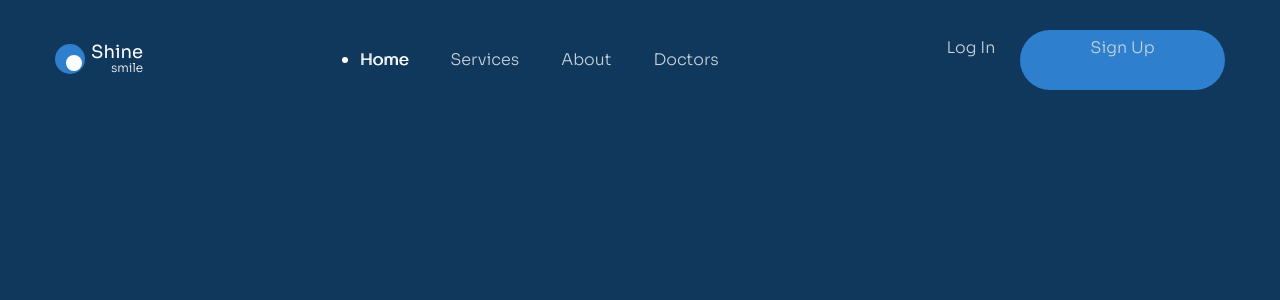
Repository: Tran-Dat/F8_Project_03
Page: index.html
An editor plug-in stored every save of this project. The page is shown before and after the next save, followed by the edit.
The browser window is 1280 px wide. The pictures show the whole page.

Above is the page before, as saved 2023-04-03 09:59:55.

### index.html
<!DOCTYPE html>
<html lang="en">
    <head>
        <meta charset="UTF-8" />
        <meta http-equiv="X-UA-Compatible" content="IE=edge" />
        <meta name="viewport" content="width=device-width, initial-scale=1.0" />
        <title>shine smile</title>

        <!-- Favicon -->
        <link rel="apple-touch-icon" sizes="57x57" href="./assets/favicon/" />
        <link
            rel="apple-touch-icon"
            sizes="60x60"
            href="./assets/favicon/apple-icon-60x60.png"
        />
        <link
            rel="apple-touch-icon"
            sizes="72x72"
            href="./assets/favicon/apple-icon-72x72.png"
        />
        <link
            rel="apple-touch-icon"
            sizes="76x76"
            href="./assets/favicon/apple-icon-76x76.png"
        />
        <link
            rel="apple-touch-icon"
            sizes="114x114"
            href="./assets/favicon/apple-icon-114x114.png"
        />
        <link
            rel="apple-touch-icon"
            sizes="120x120"
            href="./assets/favicon/apple-icon-120x120.png"
        />
        <link
            rel="apple-touch-icon"
            sizes="144x144"
            href="./assets/favicon/apple-icon-144x144.png"
        />
        <link
            rel="apple-touch-icon"
            sizes="152x152"
            href="./assets/favicon/apple-icon-152x152.png"
        />
        <link
            rel="apple-touch-icon"
            sizes="180x180"
            href="./assets/favicon/apple-icon-180x180.png"
        />
        <link
            rel="icon"
            type="image/png"
            sizes="192x192"
            href="./assets/favicon/android-icon-192x192.png"
        />
        <link
            rel="icon"
            type="image/png"
            sizes="32x32"
            href="./assets/favicon/favicon-32x32.png"
        />
        <link
            rel="icon"
            type="image/png"
            sizes="96x96"
            href="./assets/favicon/favicon-96x96.png"
        />
        <link
            rel="icon"
            type="image/png"
            sizes="16x16"
            href="./assets/favicon/favicon-16x16.png"
        />
        <link rel="manifest" href="./assets/favicon/manifest.json" />
        <meta name="msapplication-TileColor" content="#ffffff" />
        <meta
            name="msapplication-TileImage"
            content="./assets/favicon/ms-icon-144x144.png"
        />
        <meta name="theme-color" content="#ffffff" />

        <!-- Emmet Fonts -->
        <link rel="preconnect" href="https://fonts.googleapis.com" />
        <link rel="preconnect" href="https://fonts.gstatic.com" crossorigin />
        <link
            href="https://fonts.googleapis.com/css2?family=Sora:wght@300;400;500;600;700;800&display=swap"
            rel="stylesheet"
        />

        <!-- Reset Css -->
        <link rel="stylesheet" href="./assets/css/reset.css" />
        <link rel="stylesheet" href="./assets/css/style.css" />
    </head>
    <body>
        <header class="header">
            <div class="container">
                <div class="header-top">
                    <!-- Logo -->
                    <a href="/">
                        <div class="logo">
                            <span class="logo__circle"> </span>
                            <span class="logo__text">
                                <span class="logo__brand">Shine</span>
                                <span class="logo__brand logo__brand--small">
                                    smile
                                </span>
                            </span>
                        </div>
                    </a>

                    <!-- NavBar -->
                    <nav class="navbar">
                        <ul class="navbar__list">
                            <li class="navbar__item">
                                <a
                                    href="#!"
                                    class="navbar__link navbar__item--active"
                                >
                                    Home
                                </a>
                            </li>
                            <li class="navbar__item">
                                <a href="#!" class="navbar__link">Services</a>
                            </li>
                            <li class="navbar__item">
                                <a href="#!" class="navbar__link">About</a>
                            </li>
                            <li class="navbar__item">
                                <a href="#!" class="navbar__link">Doctors</a>
                            </li>
                        </ul>
                    </nav>

                    <!-- Action -->
                    <div class="action">
                        <a href="" class="action__btn">Log In</a>
                        <a href="" class="btn action__btn">Sign Up</a>
                    </div>
                </div>
            </div>
        </header>
    </body>
</html>

### assets/css/style.css
* {
    box-sizing: border-box;
}

:root {
    --header-bg: #10375c;
}

html {
    font-size: 62.5%;
}

body {
    font-size: 1.6rem;
    font-family: "Sora", sans-serif;
}

/* ================================================================ Common ================================================================ */

.btn {
    display: inline-block;
    min-width: 205px;
    padding: 0 20px;
    height: 60px;
    text-align: center;
    font-size: 1.6rem;
    font-weight: 400;
    line-height: 52px;
    border-radius: 99px;
    line-height: 52px;
    color: #fff;
    background: #2e80ce;
}

a {
    text-decoration: none;
}

.container {
    width: 1170px;
    max-width: calc(100% - 48px);
    margin: 0 auto;
}

/* ================================================================ Header ================================================================ */

.header {
    min-height: 100vh;
    background: var(--header-bg);
    padding-top: 30px;
}

.header-top {
    display: flex;
    justify-content: space-between;
    align-items: center;
}

.logo {
    display: inline-flex;
    position: relative;
    font-size: 1rem;
}

.logo__circle::before,
.logo__circle::after {
    content: "";
    display: inline-block;
    border-radius: 50%;
}

.logo__circle::before {
    width: 3em;
    height: 3em;
    background: #2e80ce;
}

.logo__circle::after {
    position: absolute;
    top: 1.1em;
    left: 1.1em;
    width: 1.6em;
    height: 1.6em;
    background: #fff;
}

.logo__text {
    margin-left: 0.6em;
    text-align: right;
    line-height: 1.6em;
}

.logo__brand {
    display: block;
    font-size: 1.8em;
    font-weight: 400;
    color: #fff;
}

.logo__brand--small {
    font-size: 1.2em;
    font-weight: 300;
}

.navbar__list {
    display: flex;
}

.action__btn,
.navbar__link {
    padding: 4px 21px;
    font-weight: 300;
    font-size: 1.6rem;
    line-height: 1.75;
    color: #c9d2da;
}

.navbar__link:hover,
.navbar__item--active {
    text-shadow: 1px 0 0 currentColor;
    color: #fff;
}

.navbar__item--active::before {
    position: relative;
    left: -8px;
    top: -2px;
    content: "";
    display: inline-block;
    width: 6px;
    height: 6px;
    border-radius: 50%;
    background-color: #fff;
}

Loaded but not shown: assets/css/reset.css (common file)

After the next save:
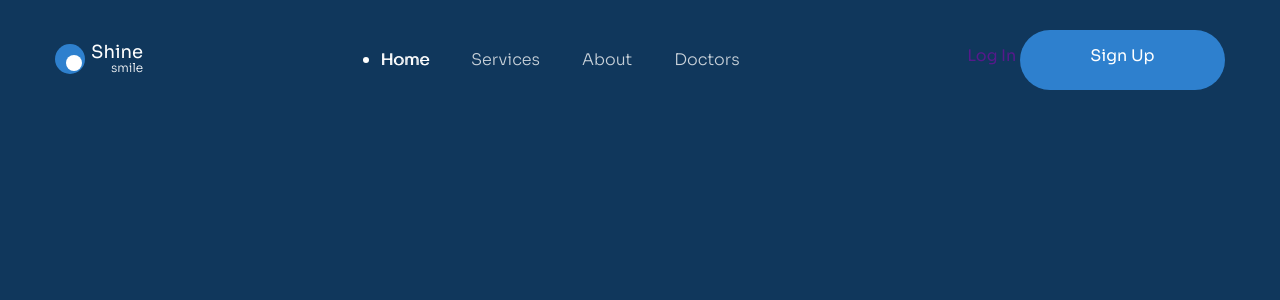
Saved 49 s later.
--- a/assets/css/style.css
+++ b/assets/css/style.css
@@ -106,7 +106,6 @@ a {
     display: flex;
 }
 
-.action__btn,
 .navbar__link {
     padding: 4px 21px;
     font-weight: 300;
